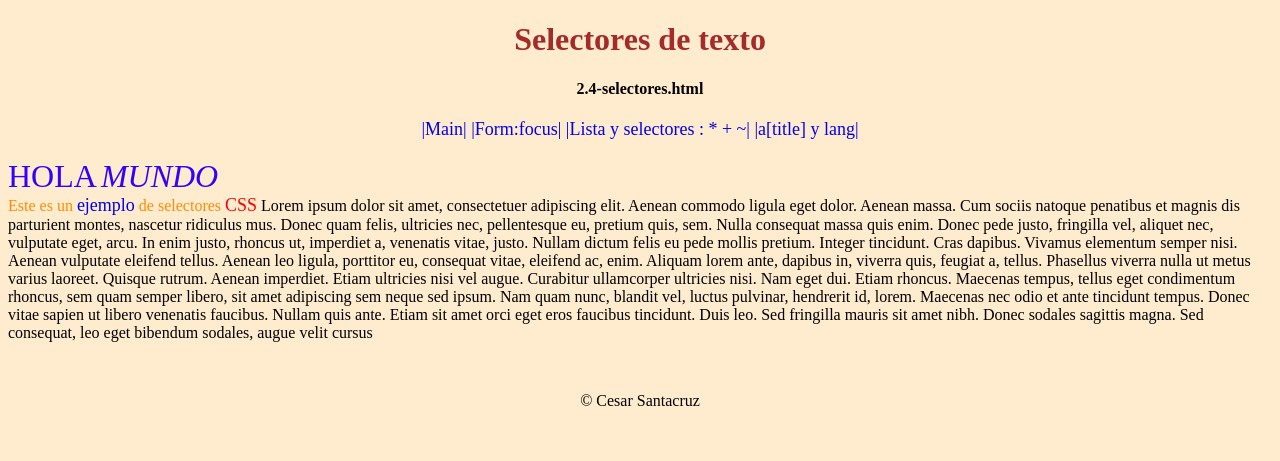
Repository: cesarsant0203/My_Study
Page: Introducción al desarrollo web/2-Css/2.4-selectores_css.html
An editor plug-in stored every save of this project. The page is shown before and after a run of saves, followed by the edit.
The browser window is 1280 px wide. The pictures show the whole page.

Above is the page before, as saved 2020-04-28 19:53:22.

### Introducción al desarrollo web/2-Css/2.4-selectores_css.html
<!DOCTYPE html>
<html lang="es">

<head>
    <meta charset="utf-8" />
    <title> Selectores CSS </title>
    <link href="2.4-selectores_css.css" rel="stylesheet" />
</head>

<body>
    <h1 id="titulo">Selectores de texto</h1>
    <h4>2.4-selectores.html</h4>
    <section id="mySection" class="box">
        <nav>
            <a href="2.4-selectores_css.html">|Main|</a>
            <a href="2.4.2-selectores_css.html">|Form:focus|</a>
            <a href="2.4.3-selectores_css.html">|Lista y selectores : * + ~|</a>
            <a href="2.4.4-selectores_css.html">|a[title] y lang|</a>
        </nav>
    </section>
    <br/>
    <div id="holaMundo" class="box">
        <span>HOLA</span>
        <span id="mundo">MUNDO</span>
    </div>
    <span id="mySpan">Este es un <a href="#" class="bold">ejemplo</a> de selectores</span>
    <span class="bold red">CSS</span> Lorem ipsum dolor sit amet, consectetuer adipiscing elit. Aenean commodo ligula
    eget dolor. Aenean massa. Cum sociis natoque penatibus et magnis dis parturient montes, nascetur ridiculus mus.
    Donec quam felis, ultricies nec, pellentesque eu, pretium quis, sem. Nulla consequat massa quis enim. Donec pede
    justo, fringilla vel, aliquet nec, vulputate eget, arcu. In enim justo, rhoncus ut, imperdiet a, venenatis vitae,
    justo. Nullam dictum felis eu pede mollis pretium. Integer tincidunt. Cras dapibus. Vivamus elementum semper nisi.
    Aenean vulputate eleifend tellus. Aenean leo ligula, porttitor eu, consequat vitae, eleifend ac, enim. Aliquam lorem
    ante, dapibus in, viverra quis, feugiat a, tellus. Phasellus viverra nulla ut metus varius laoreet. Quisque rutrum.
    Aenean imperdiet. Etiam ultricies nisi vel augue. Curabitur ullamcorper ultricies nisi. Nam eget dui. Etiam rhoncus.
    Maecenas tempus, tellus eget condimentum rhoncus, sem quam semper libero, sit amet adipiscing sem neque sed ipsum.
    Nam quam nunc, blandit vel, luctus pulvinar, hendrerit id, lorem. Maecenas nec odio et ante tincidunt tempus. Donec
    vitae sapien ut libero venenatis faucibus. Nullam quis ante. Etiam sit amet orci eget eros faucibus tincidunt. Duis
    leo. Sed fringilla mauris sit amet nibh. Donec sodales sagittis magna. Sed consequat, leo eget bibendum sodales,
    augue velit cursus
    </span>

    <footer>
        &copy Cesar Santacruz
    </footer>
</body>


</html>

### Introducción al desarrollo web/2-Css/2.4-selectores_css.css
/*tipo*/
*{
    background-color: blanchedalmond;
}
h1 {
    color: brown;
}

/*-----------------------*/

/*.clase*/
.box {
    background-color: none;
    color: aqua;
}

.bold {
    font-size: large;
}

.red {
    color: red;
}

/*-----------------------*/

/*#identificador*/
#holaMundo {
    color: rgb(49, 3, 255);
}

span#mySpan {
    color: darkorange;
}

/*-----------------------*/
div span {
    font-size: xx-large;
}

/*-----------------------*/

/* selector universal (*)*/
* {
    margin: 0, 2cm;
    padding: 0%;
}

/*-----------------------*/

/*dos puntos:*/
a:link {
    text-decoration: none;
}

a:visited {
    text-decoration: none;
}

a:hover {
    text-decoration: none;
    color: deeppink;
}

a:active {
    text-decoration: none;
    color: deeppink;
}
/*-----------------------*/
h1, h4, section {
    text-align: center;
}
section#mySection{
    font-size: large;
}
span#mundo {
    font-style: italic;
}
footer {
    position: relative;
    margin-top: 50px;
    text-align: center;
    height: 30px;
}
span#text {
    text-align: justify;
}

After the next 2 saves:
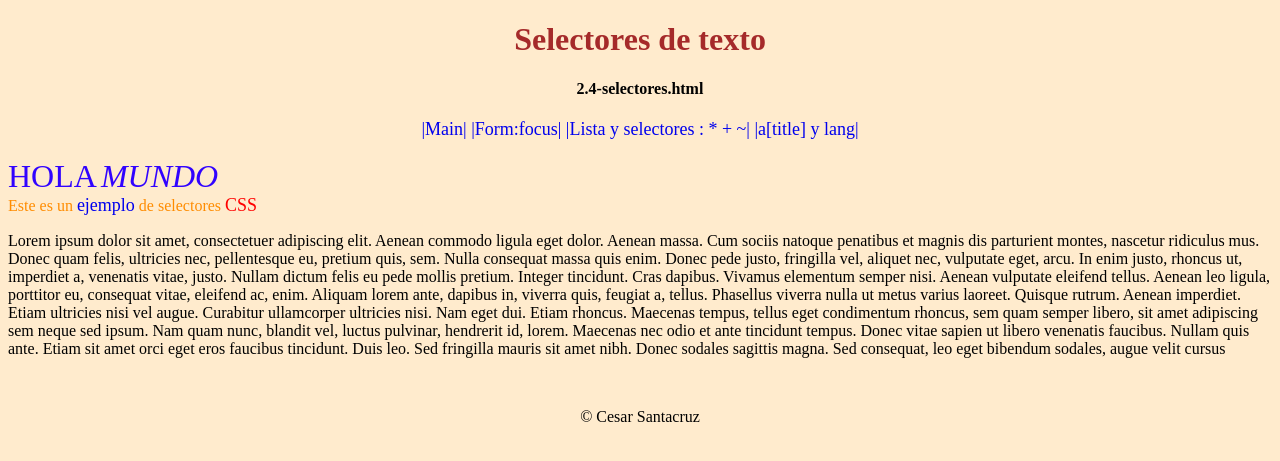
The 2 saves are shown as one change because they came seconds apart.
The last was saved 8 s later.
--- a/Introducción al desarrollo web/2-Css/2.4-selectores_css.html
+++ b/Introducción al desarrollo web/2-Css/2.4-selectores_css.html
@@ -24,7 +24,7 @@
         <span id="mundo">MUNDO</span>
     </div>
     <span id="mySpan">Este es un <a href="#" class="bold">ejemplo</a> de selectores</span>
-    <span class="bold red">CSS</span> Lorem ipsum dolor sit amet, consectetuer adipiscing elit. Aenean commodo ligula
+    <span class="bold red">CSS</span> <p>Lorem ipsum dolor sit amet, consectetuer adipiscing elit. Aenean commodo ligula
     eget dolor. Aenean massa. Cum sociis natoque penatibus et magnis dis parturient montes, nascetur ridiculus mus.
     Donec quam felis, ultricies nec, pellentesque eu, pretium quis, sem. Nulla consequat massa quis enim. Donec pede
     justo, fringilla vel, aliquet nec, vulputate eget, arcu. In enim justo, rhoncus ut, imperdiet a, venenatis vitae,
